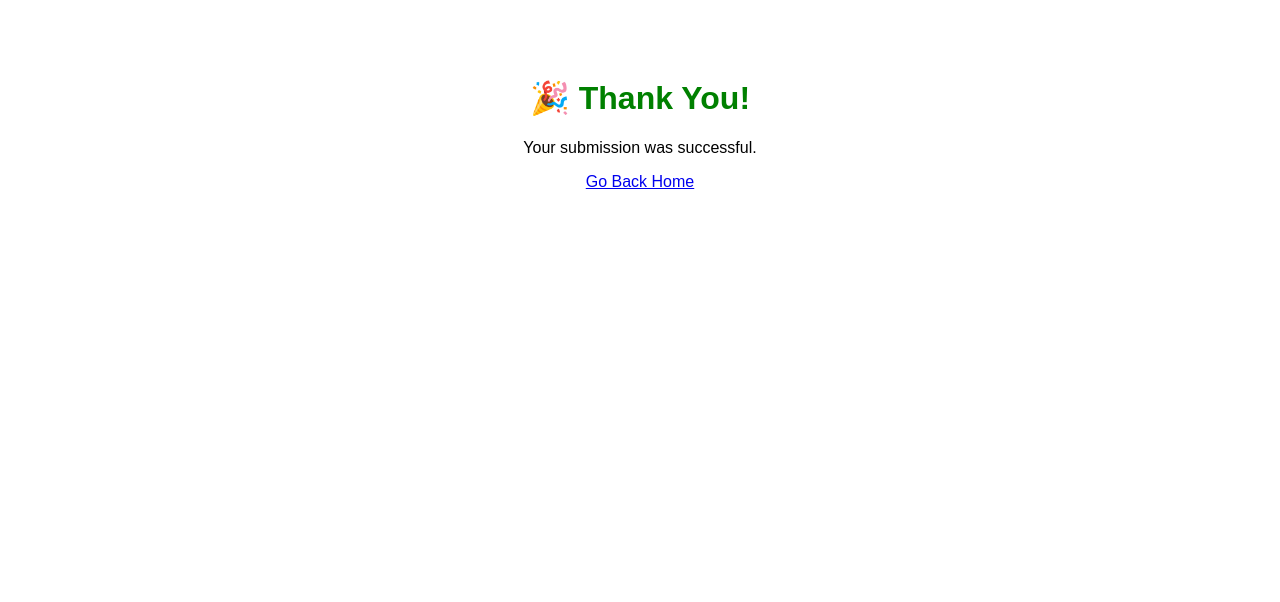
Repository: Davidobi21/macelect
Page: frontend/pages/thank-you.html
An editor plug-in stored every save of this project. The page is shown before and after the next save, followed by the edit.
The browser window is 1280 px wide. The pictures show the whole page.

Above is the page before, as saved 2025-05-01 05:11:48.

After the next save:
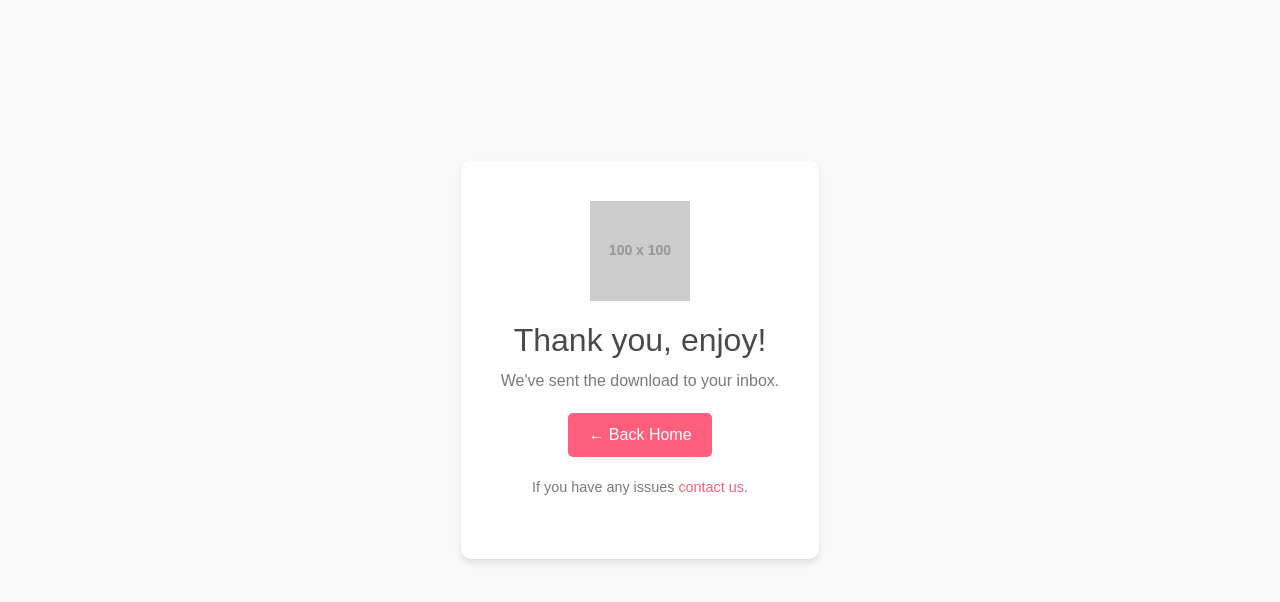
Saved 10 min 41 s later.
--- a/frontend/pages/thank-you.html
+++ b/frontend/pages/thank-you.html
@@ -2,22 +2,74 @@
 <html lang="en">
 <head>
   <meta charset="UTF-8">
+  <meta name="viewport" content="width=device-width, initial-scale=1.0">
   <title>Thank You</title>
+  <link href="https://cdn.jsdelivr.net/npm/bootstrap@5.3.0-alpha1/dist/css/bootstrap.min.css" rel="stylesheet">
   <style>
     body {
-      font-family: sans-serif;
+      display: flex;
+      justify-content: center;
+      align-items: center;
+      height: 100vh;
+      margin: 0;
+      font-family: 'Arial', sans-serif;
+      background-color: #f9f9f9;
+    }
+    .thank-you-container {
       text-align: center;
-      padding: 50px;
+      background: #fff;
+      padding: 40px;
+      border-radius: 10px;
+      box-shadow: 0 4px 6px rgba(0, 0, 0, 0.1);
     }
-    .success {
-      color: green;
+    .thank-you-container img {
+      width: 100px;
+      margin-bottom: 20px;
+    }
+    .thank-you-container h1 {
       font-size: 2rem;
+      color: #4a4a4a;
+      margin-bottom: 10px;
+    }
+    .thank-you-container p {
+      color: #7a7a7a;
+      margin-bottom: 20px;
+    }
+    .thank-you-container .btn {
+      background-color: #ff5e7d;
+      color: #fff;
+      padding: 10px 20px;
+      border: none;
+      border-radius: 5px;
+      text-decoration: none;
+      font-size: 1rem;
+    }
+    .thank-you-container .btn:hover {
+      background-color: #e14c6a;
+    }
+    .thank-you-container .contact {
+      margin-top: 20px;
+      font-size: 0.9rem;
+      color: #7a7a7a;
+    }
+    .thank-you-container .contact a {
+      color: #ff5e7d;
+      text-decoration: none;
+    }
+    .thank-you-container .contact a:hover {
+      text-decoration: underline;
     }
   </style>
 </head>
 <body>
-  <h1 class="success">🎉 Thank You!</h1>
-  <p>Your submission was successful.</p>
-  <a href="../index.html">Go Back Home</a>
+  <div class="thank-you-container">
+    <img src="https://via.placeholder.com/100" alt="Email Icon">
+    <h1>Thank you, enjoy!</h1>
+    <p>We've sent the download to your inbox.</p>
+    <a href="index.html" class="btn">← Back Home</a>
+    <div class="contact">
+      <p>If you have any issues <a href="contact.html">contact us</a>.</p>
+    </div>
+  </div>
 </body>
 </html>
